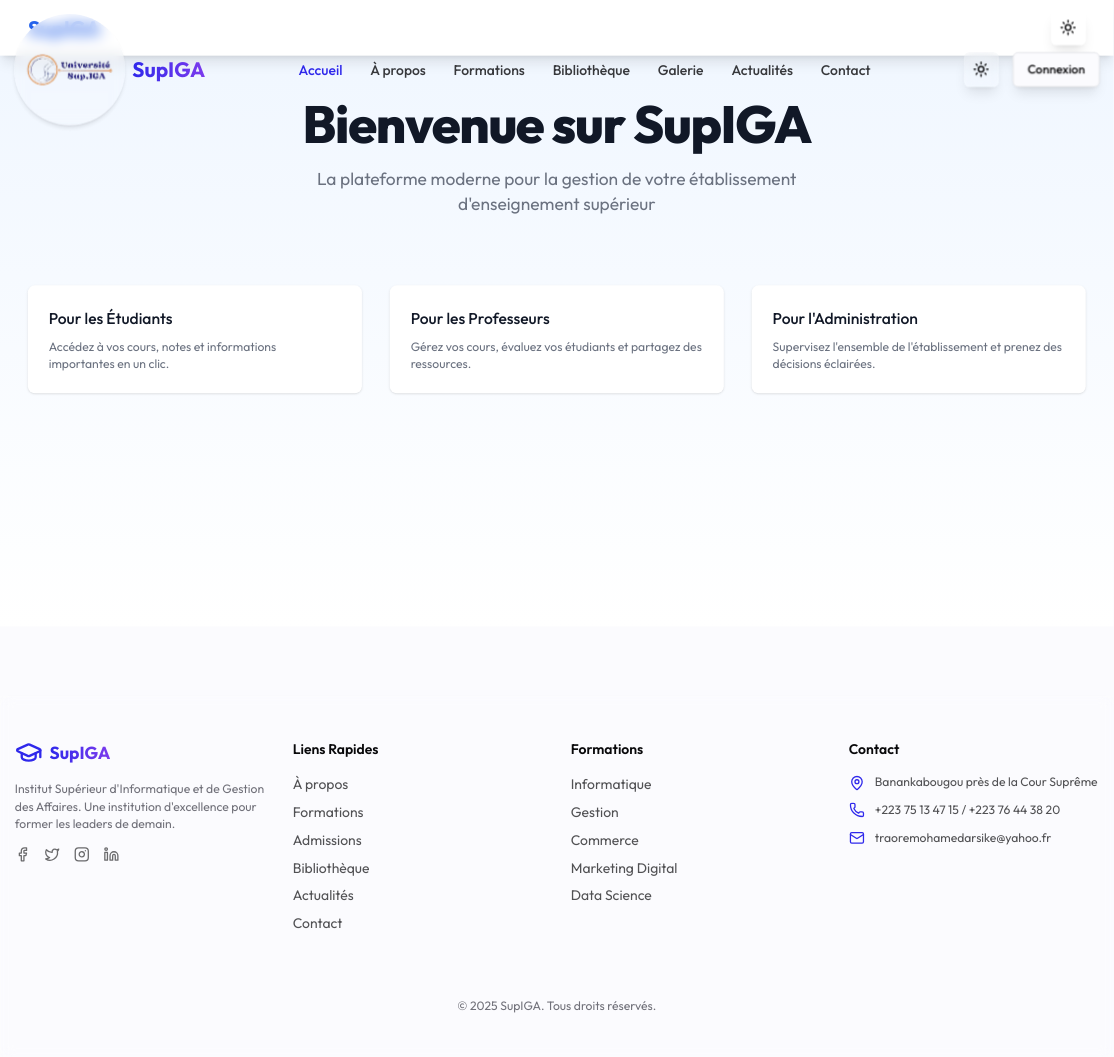
Repository: Sadaye/Sup
Page: /
These files come from the project's save history. The page is drawn as it stood at one moment and after the next save; the edit follows.
The browser window is 1280 px wide. The pictures show the whole page, at 87% of full size.
The project was rebuilt for these pictures with package versions that can differ from the ones it lists, and the page was loaded fresh each time. The framework's server and built-in components were replaced by stand-ins that run in the browser. Also part of the build but not shown: next.config.js.

Above is the page before, as saved 2025-08-06 09:41:44.

### app/layout.tsx
import './globals.css';
import type { Metadata } from 'next';
import { Outfit } from 'next/font/google';
import { ThemeProvider } from '@/components/theme/theme-provider';
import { Toaster } from '@/components/ui/sonner';
import Header from '@/components/layout/Header';
import Footer from '@/components/layout/Footer';
import Head from 'next/head';

const outfit = Outfit({
  subsets: ['latin'],
  variable: '--font-outfit',
});

export const metadata: Metadata = {
  title: 'SupIGA - Institut Supérieur d\'Informatique et de Gestion des Affaires',
  description: 'SupIGA est un institut d\'enseignement supérieur spécialisé en informatique, gestion et affaires.',
};

export default function RootLayout({
  children,
}: {
  children: React.ReactNode;
}) {
  return (
    <html lang="fr" suppressHydrationWarning>
      <Head>
        <link rel="icon" href="/logo-supiga.png" type="image/png" />
      </Head>
      <body className={`${outfit.className} min-h-screen flex flex-col`}>
        <ThemeProvider
          attribute="class"
          defaultTheme="system"
          enableSystem
        >
          <Header />
          <main className="flex-grow">
            {children}
          </main>
          <Footer />
          <Toaster />
        </ThemeProvider>
      </body>
    </html>
  );
}

### app/page.tsx
import Link from 'next/link';

export default function Home() {
  return (
    <div className="min-h-screen bg-gradient-to-b from-blue-50 to-white">
      <nav className="bg-white shadow-lg">
        <div className="max-w-7xl mx-auto px-4 sm:px-6 lg:px-8">
          <div className="flex justify-between h-16">
            <div className="flex items-center">
              <h1 className="text-2xl font-bold text-blue-600">SupIGA</h1>
            </div>
            <div className="flex items-center">
              {/* Toggle thème en haut à droite */}
              {/* @ts-ignore: composant client */}
              {typeof window !== 'undefined' && require('@/components/theme/mode-toggle').ModeToggle()}
            </div>
          </div>
        </div>
      </nav>

      <main className="max-w-7xl mx-auto px-4 sm:px-6 lg:px-8 py-12">
        <div className="text-center">
          <h2 className="text-4xl font-extrabold text-gray-900 sm:text-5xl sm:tracking-tight lg:text-6xl">
            Bienvenue sur SupIGA
          </h2>
          <p className="mt-5 max-w-xl mx-auto text-xl text-gray-500">
            La plateforme moderne pour la gestion de votre établissement d'enseignement supérieur
          </p>
        </div>

        <div className="mt-20 grid grid-cols-1 gap-8 sm:grid-cols-2 lg:grid-cols-3">
          <div className="bg-white overflow-hidden shadow rounded-lg">
            <div className="px-4 py-5 sm:p-6">
              <h3 className="text-lg font-medium text-gray-900">Pour les Étudiants</h3>
              <p className="mt-2 text-sm text-gray-500">
                Accédez à vos cours, notes et informations importantes en un clic.
              </p>
            </div>
          </div>

          <div className="bg-white overflow-hidden shadow rounded-lg">
            <div className="px-4 py-5 sm:p-6">
              <h3 className="text-lg font-medium text-gray-900">Pour les Professeurs</h3>
              <p className="mt-2 text-sm text-gray-500">
                Gérez vos cours, évaluez vos étudiants et partagez des ressources.
              </p>
            </div>
          </div>

          <div className="bg-white overflow-hidden shadow rounded-lg">
            <div className="px-4 py-5 sm:p-6">
              <h3 className="text-lg font-medium text-gray-900">Pour l'Administration</h3>
              <p className="mt-2 text-sm text-gray-500">
                Supervisez l'ensemble de l'établissement et prenez des décisions éclairées.
              </p>
            </div>
          </div>
        </div>
      </main>
    </div>
  );
}

### app/globals.css
@tailwind base;
@tailwind components;
@tailwind utilities;

:root {
  --foreground-rgb: 0, 0, 0;
  --background-start-rgb: 214, 219, 220;
  --background-end-rgb: 255, 255, 255;
}

@media (prefers-color-scheme: dark) {
  :root {
    --foreground-rgb: 255, 255, 255;
    --background-start-rgb: 0, 0, 0;
    --background-end-rgb: 0, 0, 0;
  }
}

@layer base {
  :root {
    --background: 240 50% 99%;
    --foreground: 240 10% 3.9%;
    --card: 0 0% 100%;
    --card-foreground: 240 10% 3.9%;
    --popover: 0 0% 100%;
    --popover-foreground: 240 10% 3.9%;
    --primary: 242 83% 54%;
    --primary-foreground: 0 0% 98%;
    --secondary: 262 83% 58%;
    --secondary-foreground: 0 0% 98%;
    --accent: 281 75% 65%;
    --accent-foreground: 0 0% 98%;
    --muted: 240 4.8% 95.9%;
    --muted-foreground: 240 3.8% 46.1%;
    --destructive: 0 84.2% 60.2%;
    --destructive-foreground: 0 0% 98%;
    --success: 142 76% 36%;
    --success-foreground: 0 0% 98%;
    --warning: 38 92% 50%;
    --warning-foreground: 0 0% 98%;
    --border: 240 5.9% 90%;
    --input: 240 5.9% 90%;
    --ring: 142 76% 36%;
    --chart-1: 240, 100%, 70%;
    --chart-2: 262, 83%, 58%;
    --chart-3: 281, 75%, 65%;
    --chart-4: 325, 80%, 60%;
    --chart-5: 210, 90%, 65%;
    --radius: 0.5rem;
  }
  .dark {
    --background: 240 10% 3.9%;
    --foreground: 0 0% 98%;
    --card: 240 10% 6%;
    --card-foreground: 0 0% 98%;
    --popover: 240 10% 6%;
    --popover-foreground: 0 0% 98%;
    --primary: 242 83% 54%;
    --primary-foreground: 0 0% 98%;
    --secondary: 262 83% 58%;
    --secondary-foreground: 0 0% 98%;
    --accent: 281 75% 65%;
    --accent-foreground: 0 0% 98%;
    --muted: 240 3.7% 15.9%;
    --muted-foreground: 240 5% 64.9%;
    --destructive: 0 62.8% 30.6%;
    --destructive-foreground: 0 0% 98%;
    --success: 142 76% 36%;
    --success-foreground: 0 0% 98%;
    --warning: 38 92% 50%;
    --warning-foreground: 0 0% 98%;
    --border: 240 3.7% 15.9%;
    --input: 240 3.7% 15.9%;
    --ring: 142 76% 36%;
    --chart-1: 240, 60%, 50%;
    --chart-2: 262, 70%, 50%;
    --chart-3: 281, 70%, 55%;
    --chart-4: 325, 70%, 50%;
    --chart-5: 210, 70%, 45%;
  }
  * {
    @apply border-border;
  }
  body {
    @apply bg-background text-foreground;
    background-image:
      radial-gradient(circle at 100% 0%, hsla(var(--primary), 0.15) 0%, transparent 50%),
      radial-gradient(circle at 0% 100%, hsla(var(--secondary), 0.15) 0%, transparent 50%);
    background-attachment: fixed;
  }
}

/* Effets de survol jaune moderne */
a, button, .card, .glass-card, .badge {
  transition: box-shadow 0.3s, border-color 0.3s, color 0.3s, background 0.3s;
}
/* Survol chic bleu foncé, texte blanc */
a:hover, button:hover, .card:hover, .glass-card:hover, .badge:hover {
  box-shadow: 0 0 24px 8px rgba(26,35,126,0.35), 0 4px 16px 0 rgba(26,35,126,0.25);
  border-color: #1a237e !important;
  color: #fff !important;
  background: linear-gradient(90deg, rgba(26,35,126,0.25) 0%, rgba(40,53,147,0.35) 100%);
  filter: drop-shadow(0 0 16px rgba(26,35,126,0.25));
  transition: all 0.3s cubic-bezier(.4,0,.2,1);
}

@layer components {
  .glass {
    @apply border border-white/20 dark:border-white/10 shadow-lg;
    background: rgba(255,255,255,0.10);
    backdrop-filter: blur(8px);
  }
  .glass-card {
    @apply rounded-xl border border-white/20 dark:border-white/10 shadow-lg;
    background: rgba(255,255,255,0.10);
    backdrop-filter: blur(8px);
  }
  .glass-button {
    @apply glass rounded-lg transition-all hover:bg-white/30 dark:hover:bg-white/10 active:scale-95;
  }
  .text-gradient {
    @apply bg-clip-text text-transparent bg-gradient-to-r from-primary to-secondary;
  }
}

### components/ui/sonner.tsx
'use client';

import { useTheme } from 'next-themes';
import { Toaster as Sonner } from 'sonner';

type ToasterProps = React.ComponentProps<typeof Sonner>;

const Toaster = ({ ...props }: ToasterProps) => {
  const { theme = 'system' } = useTheme();

  return (
    <Sonner
      theme={theme as ToasterProps['theme']}
      className="toaster group"
      toastOptions={{
        classNames: {
          toast:
            'group toast group-[.toaster]:bg-background group-[.toaster]:text-foreground group-[.toaster]:border-border group-[.toaster]:shadow-lg',
          description: 'group-[.toast]:text-muted-foreground',
          actionButton:
            'group-[.toast]:bg-primary group-[.toast]:text-primary-foreground',
          cancelButton:
            'group-[.toast]:bg-muted group-[.toast]:text-muted-foreground',
        },
      }}
      {...props}
    />
  );
};

export { Toaster };

### components/layout/Header.tsx
"use client";

import { useState, useEffect } from 'react';
import Link from 'next/link';
import { usePathname } from 'next/navigation';
import { motion } from 'framer-motion';
import { Button } from '@/components/ui/button';
import { ModeToggle } from '@/components/theme/mode-toggle';
import Image from 'next/image';
import FuturisticHamburgerMenu from './FuturisticHamburgerMenu';

const navItems = [
	{ name: 'Accueil', href: '/' },
	{ name: 'À propos', href: '/about' },
	{ name: 'Formations', href: '/programs' },
	{ name: 'Bibliothèque', href: '/library' },
	{ name: 'Galerie', href: '/gallery' },
	{ name: 'Actualités', href: '/news' },
	{ name: 'Contact', href: '/contact' },
];

export default function Header() {
	const [isScrolled, setIsScrolled] = useState(false);
	const [isMobileMenuOpen, setIsMobileMenuOpen] = useState(false);
	const pathname = usePathname();

	useEffect(() => {
		const handleScroll = () => {
			setIsScrolled(window.scrollY > 10);
		};
		window.addEventListener('scroll', handleScroll);
		return () => window.removeEventListener('scroll', handleScroll);
	}, []);

	return (
		<header
			className={`fixed top-0 left-0 right-0 z-50 transition-all duration-300 ${
				isScrolled ? 'glass py-2' : 'bg-transparent py-4'
			}`}
		>
			<div className="container mx-auto px-4">
				<div className="flex items-center justify-between">
					{/* Logo */}
					<Link href="/" className="flex items-center space-x-2">
						<div className="relative h-24 w-24 md:h-32 md:w-32 flex-shrink-0 rounded-full shadow-md bg-white/10 backdrop-blur">
							<Image
								src="/logo-supiga.png"
								alt="Logo Université SupIGA"
								fill
								style={{ objectFit: 'contain' }}
								sizes="(max-width: 768px) 48px, 64px"
								priority
							/>
						</div>
						<span className="text-xl md:text-2xl font-bold text-gradient">SupIGA</span>
					</Link>

					{/* Desktop Navigation */}
					<nav className="hidden md:flex items-center space-x-8">
						{navItems.map((item) => (
							<Link
								key={item.name}
								href={item.href}
								className={`font-medium transition-colors hover:text-primary ${
									pathname === item.href
										? 'text-primary'
										: 'text-foreground/80'
								}`}
							>
								{item.name}
							</Link>
						))}
					</nav>

					{/* Right Section */}
					<div className="hidden md:flex items-center space-x-4">
						<ModeToggle />
						<Button asChild variant="outline" className="glass-button">
							<Link href="/login">Connexion</Link>
						</Button>
					</div>

					{/* Mobile Menu Button */}
					<div className="flex md:hidden items-center space-x-4">
						<ModeToggle />
						<FuturisticHamburgerMenu />
					</div>
				</div>
			</div>
		</header>
	);
}

### components/theme/mode-toggle.tsx
"use client";

import * as React from "react";
import { Moon, Sun } from "lucide-react";
import { useTheme } from "next-themes";

import { Button } from "@/components/ui/button";
import {
  DropdownMenu,
  DropdownMenuContent,
  DropdownMenuItem,
  DropdownMenuTrigger,
} from "@/components/ui/dropdown-menu";

export function ModeToggle() {
  const { setTheme } = useTheme();

  return (
    <DropdownMenu>
      <DropdownMenuTrigger asChild>
        <Button variant="ghost" size="icon" className="glass-button w-10 h-10">
          <Sun className="h-[1.2rem] w-[1.2rem] rotate-0 scale-100 transition-all dark:-rotate-90 dark:scale-0" />
          <Moon className="absolute h-[1.2rem] w-[1.2rem] rotate-90 scale-0 transition-all dark:rotate-0 dark:scale-100" />
          <span className="sr-only">Toggle theme</span>
        </Button>
      </DropdownMenuTrigger>
      <DropdownMenuContent align="end" className="glass">
        <DropdownMenuItem onClick={() => setTheme("light")}>
          Light
        </DropdownMenuItem>
        <DropdownMenuItem onClick={() => setTheme("dark")}>
          Dark
        </DropdownMenuItem>
        <DropdownMenuItem onClick={() => setTheme("system")}>
          System
        </DropdownMenuItem>
      </DropdownMenuContent>
    </DropdownMenu>
  );
}

### components/ui/button.tsx
import * as React from 'react';
import { Slot } from '@radix-ui/react-slot';
import { cva, type VariantProps } from 'class-variance-authority';

import { cn } from '@/lib/utils';

const buttonVariants = cva(
  'inline-flex items-center justify-center whitespace-nowrap rounded-md text-sm font-medium ring-offset-background transition-colors focus-visible:outline-none focus-visible:ring-2 focus-visible:ring-ring focus-visible:ring-offset-2 disabled:pointer-events-none disabled:opacity-50',
  {
    variants: {
      variant: {
        default: 'bg-primary text-primary-foreground hover:bg-primary/90',
        destructive:
          'bg-destructive text-destructive-foreground hover:bg-destructive/90',
        outline:
          'border border-input bg-background hover:bg-accent hover:text-accent-foreground',
        secondary:
          'bg-secondary text-secondary-foreground hover:bg-secondary/80',
        ghost: 'hover:bg-accent hover:text-accent-foreground',
        link: 'text-primary underline-offset-4 hover:underline',
      },
      size: {
        default: 'h-10 px-4 py-2',
        sm: 'h-9 rounded-md px-3',
        lg: 'h-11 rounded-md px-8',
        icon: 'h-10 w-10',
      },
    },
    defaultVariants: {
      variant: 'default',
      size: 'default',
    },
  }
);

export interface ButtonProps
  extends React.ButtonHTMLAttributes<HTMLButtonElement>,
    VariantProps<typeof buttonVariants> {
  asChild?: boolean;
}

const Button = React.forwardRef<HTMLButtonElement, ButtonProps>(
  ({ className, variant, size, asChild = false, ...props }, ref) => {
    const Comp = asChild ? Slot : 'button';
    return (
      <Comp
        className={cn(buttonVariants({ variant, size, className }))}
        ref={ref}
        {...props}
      />
    );
  }
);
Button.displayName = 'Button';

export { Button, buttonVariants };

### components/layout/FuturisticHamburgerMenu.tsx
'use client';

import { useState } from 'react';
import { useTheme } from 'next-themes';
import { Sun, Moon, Home, User, Settings, Mail, Menu, X } from 'lucide-react';
import Link from 'next/link';

export default function FuturisticHamburgerMenu() {
  const [isOpen, setIsOpen] = useState(false);
  const { theme, setTheme } = useTheme();

  const toggleMenu = () => setIsOpen(!isOpen);
  const toggleTheme = () => setTheme(theme === 'dark' ? 'light' : 'dark');

  const navItems = [
    { icon: Home, label: 'Accueil', href: '/' },
    { icon: User, label: 'Profil', href: '/dashboard' },
    { icon: Mail, label: 'Contact', href: '/contact' },
    { icon: Settings, label: 'Paramètres', href: '/settings' },
  ];

  return (
    <>
      {/* Hamburger Button */}
      <button
        onClick={toggleMenu}
        className="fixed top-4 right-4 z-50 p-3 bg-gradient-to-r from-yellow-400 to-yellow-600 rounded-full shadow-lg shadow-yellow-500/50 hover:shadow-yellow-400/70 hover:scale-110 transition-all duration-300"
      >
        <div className="relative w-6 h-6">
          <span
            className={`absolute left-0 w-full h-0.5 bg-white transition-all duration-300 ${
              isOpen ? 'top-3 rotate-45' : 'top-1'
            }`}
          />
          <span
            className={`absolute left-0 top-3 w-full h-0.5 bg-white transition-all duration-300 ${
              isOpen ? 'opacity-0' : 'opacity-100'
            }`}
          />
          <span
            className={`absolute left-0 w-full h-0.5 bg-white transition-all duration-300 ${
              isOpen ? 'top-3 -rotate-45' : 'top-5'
            }`}
          />
        </div>
      </button>

      {/* Menu Overlay */}
      <div
        className={`fixed inset-0 z-40 transition-all duration-500 ${
          isOpen
            ? 'opacity-100 pointer-events-auto'
            : 'opacity-0 pointer-events-none'
        }`}
      >
        {/* Background with animated gradient */}
        <div className="absolute inset-0 bg-gradient-to-br from-yellow-900/90 via-yellow-800/90 to-yellow-700/90 backdrop-blur-md" />

        {/* Animated particles */}
        <div className="absolute inset-0 overflow-hidden">
          {[...Array(20)].map((_, i) => (
            <div
              key={i}
              className="absolute w-1 h-1 bg-yellow-300 rounded-full animate-pulse"
              style={{
                left: `${Math.random() * 100}%`,
                top: `${Math.random() * 100}%`,
                animationDelay: `${Math.random() * 3}s`,
                animationDuration: `${2 + Math.random() * 2}s`,
              }}
            />
          ))}
        </div>

        {/* Navigation Content */}
        <div
          className={`relative z-10 flex flex-col items-center justify-center h-full transition-all duration-500 ${
            isOpen ? 'translate-y-0 opacity-100' : '-translate-y-10 opacity-0'
          }`}
        >
          <div className="space-y-8">
            {/* Theme Toggle */}
            <div className="flex justify-center mb-8">
              <button
                onClick={toggleTheme}
                className="p-4 bg-gradient-to-r from-yellow-400 to-yellow-600 rounded-full shadow-lg shadow-yellow-500/50 hover:shadow-yellow-400/70 hover:scale-110 transition-all duration-300"
              >
                {theme === 'dark' ? (
                  <Sun className="w-6 h-6 text-white" />
                ) : (
                  <Moon className="w-6 h-6 text-white" />
                )}
              </button>
            </div>

            {/* Navigation Items */}
            {navItems.map((item, index) => (
              <Link
                key={item.href}
                href={item.href}
                onClick={() => setIsOpen(false)}
                className="block"
                style={{ animationDelay: `${index * 100}ms` }}
              >
                <div
                  className={`flex items-center space-x-4 px-8 py-4 bg-gradient-to-r from-yellow-500/20 to-yellow-600/20 rounded-lg border border-yellow-400/30 hover:from-yellow-400/30 hover:to-yellow-500/30 hover:scale-105 hover:shadow-lg hover:shadow-yellow-500/30 transition-all duration-300 group`}
                >
                  <item.icon className="w-6 h-6 text-yellow-300 group-hover:text-yellow-200 transition-colors" />
                  <span className="text-white font-medium text-lg group-hover:text-yellow-100 transition-colors">
                    {item.label}
                  </span>
                </div>
              </Link>
            ))}
          </div>

          {/* Decorative elements */}
          <div className="absolute top-1/4 left-1/4 w-32 h-32 bg-yellow-400/10 rounded-full blur-3xl animate-pulse" />
          <div className="absolute bottom-1/4 right-1/4 w-24 h-24 bg-yellow-500/10 rounded-full blur-3xl animate-pulse" />
        </div>
      </div>
    </>
  );
}

Loaded but not shown: components/theme/theme-provider.tsx (common file); lib/utils.ts (common file); tailwind.config.ts (common file); components/ui/dropdown-menu.tsx (200 lines, source omitted); components/layout/Footer.tsx (107 lines, source omitted)

After the next save:
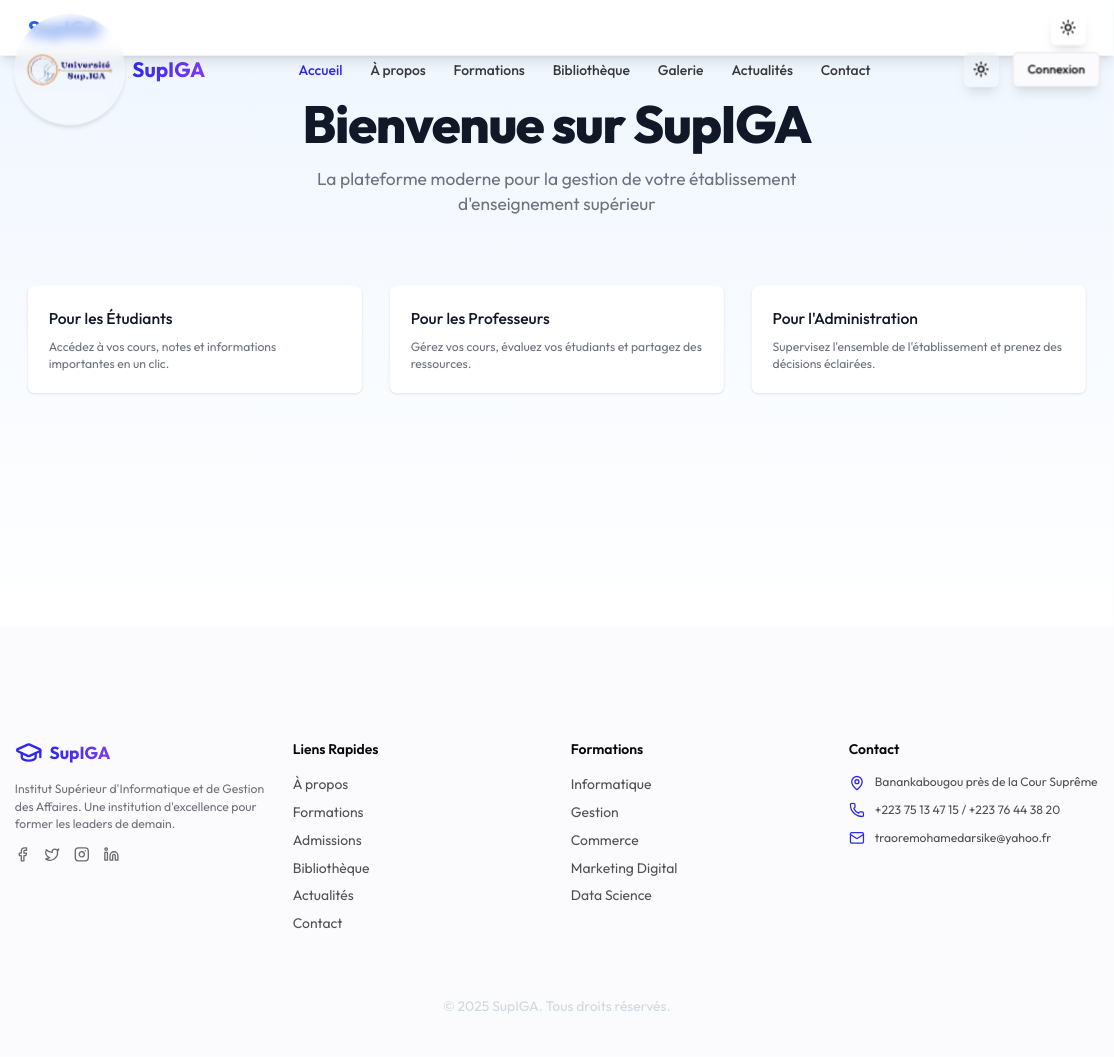
Saved 2 min 9 s later.
--- a/app/globals.css
+++ b/app/globals.css
@@ -1,3 +1,9 @@
+/* Petits textes plus clairs mais distincts des titres */
+p, .text-muted, .description {
+  color: #cfd8dc;
+  font-size: 1rem;
+  font-weight: 400;
+}
 @tailwind base;
 @tailwind components;
 @tailwind utilities;
